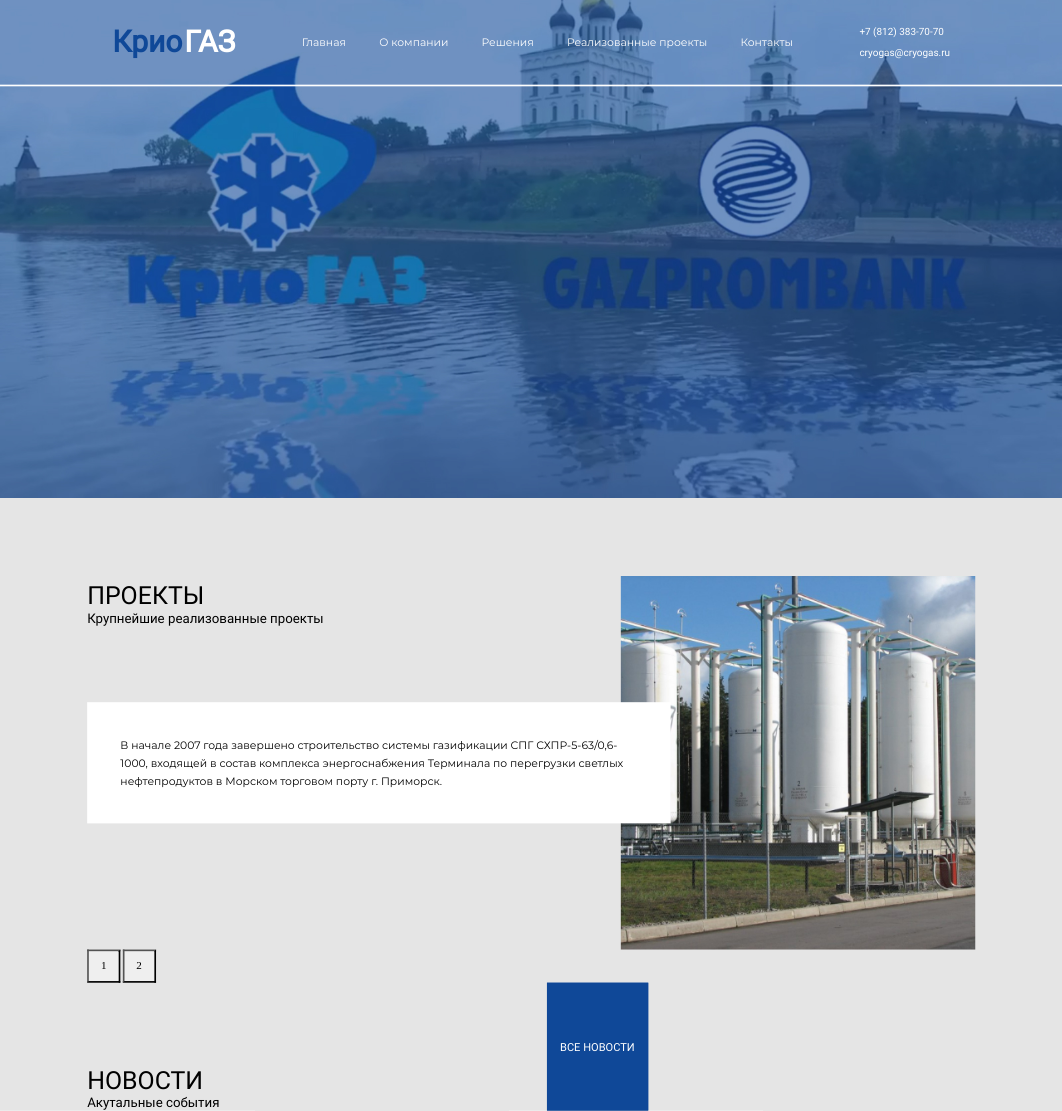
Repository: aSSasdy/assasdy.github.io
Page: index.html
An editor plug-in stored every save of this project. The page is shown before and after the next save, followed by the edit.
The browser window is 1280 px wide. The pictures show the whole page, at 83% of full size.
Backgrounds fixed to the window are drawn as part of the page. The style sheet was rebuilt from its Sass, Less or Tailwind sources for each picture, by a compiler version that may differ from the author's.

Above is the page before, as saved 2021-12-16 16:03:29.

After the next save:
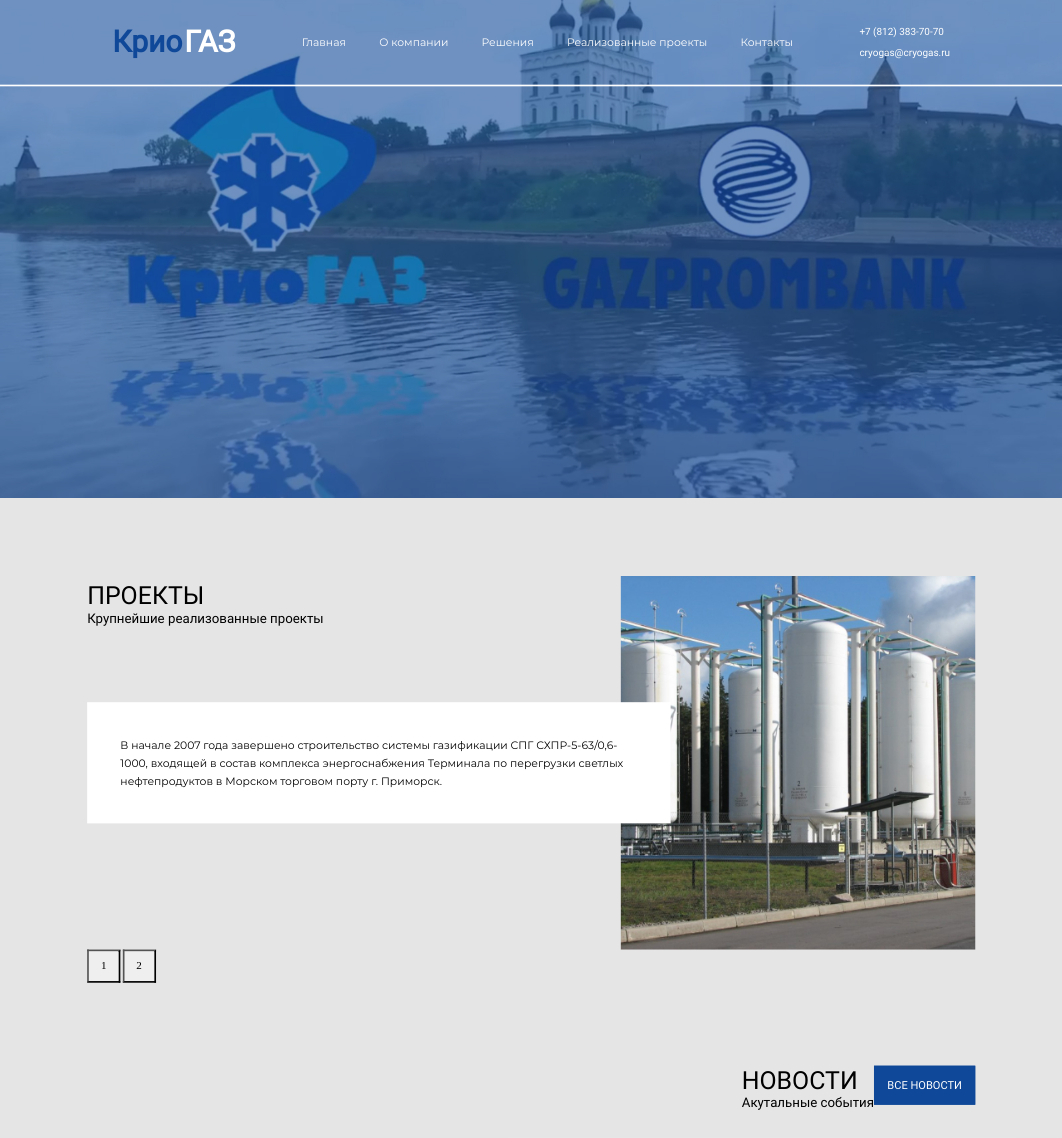
Saved 98 s later.
--- a/scss/style.scss
+++ b/scss/style.scss
@@ -127,7 +127,7 @@
 .main__flexbox-2 {
     display: flex;
     flex-flow: row nowrap;
-    justify-content: space-between;
+    justify-content: end;
     flex-shrink: 0;
 }
 
@@ -137,6 +137,7 @@
     color: white;
     border: 1px solid #0F4898;
     background: #0F4898;
+    margin: 100px 0 40px 0;
     font-family: Roboto;
 }
 
